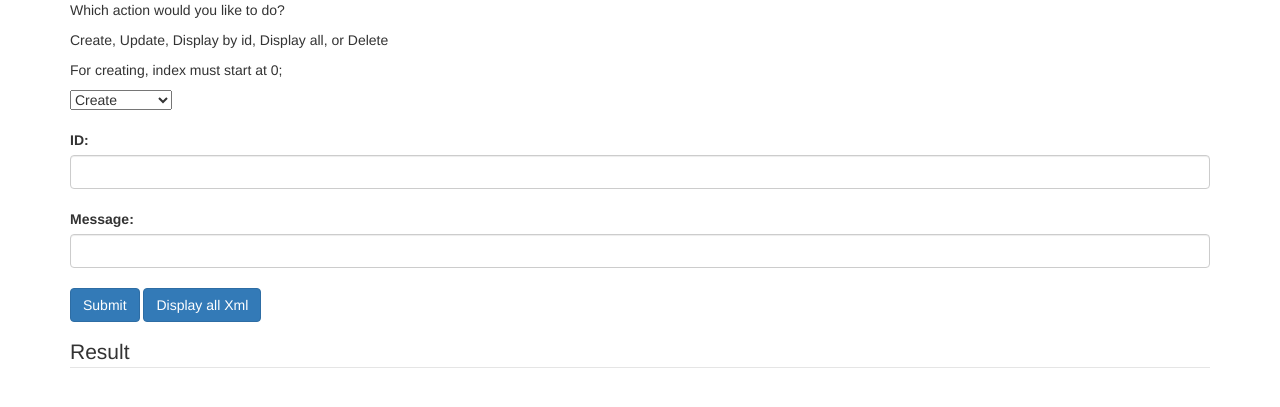
Repository: kddean/Lab4
Page: ToDoSystem/WebContent/ToDo.html
The author's editor kept a copy of each file at every save. The page is drawn from the files as they stood at one save, then again after the next save.
The browser window is 1280 px wide. The pictures show the whole page.

Above is the page before, as saved 2016-04-02 02:06:27.
Console error: SyntaxError: Unexpected identifier 'dataType'

After the next save:
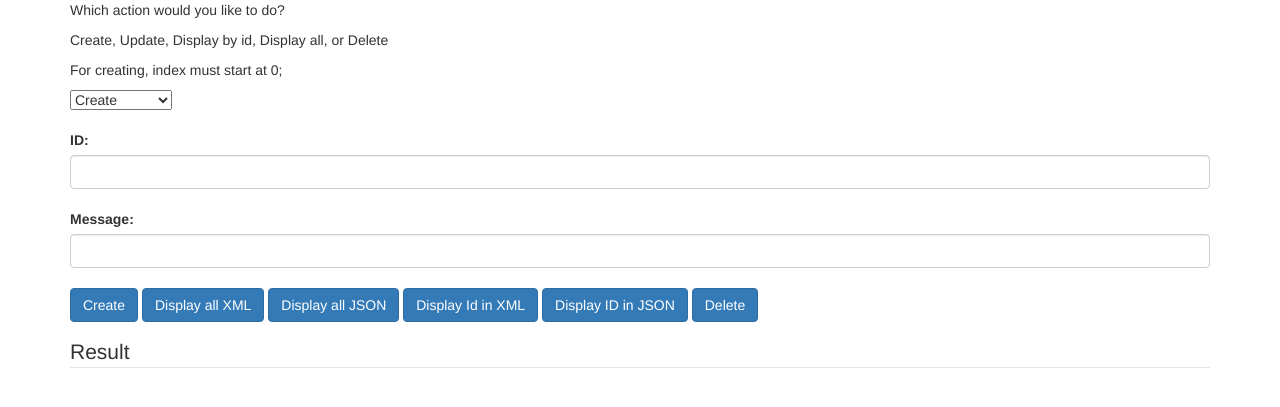
Saved 4 min 47 s later.
--- a/ToDoSystem/WebContent/ToDo.html
+++ b/ToDoSystem/WebContent/ToDo.html
@@ -28,8 +28,12 @@
 	<br>
 	<label>Message:</label><input type="text" class="form-control" name="message">
 	<br>
-	<button type="button" value="Submit" onclick='loadDoc("ToDo")' class="btn btn-primary">Submit</button>
-	<button type="button" id="displayallxml" value="Submit" class="btn btn-primary">Display all Xml</button>
+	<button type="button" id="create" value="Submit" class="btn btn-primary">Create</button>
+	<button type="button" id="displayallxml" value="Submit" class="btn btn-primary">Display all XML</button>
+	<button type="button" id="displayalljson" value="Submit" class="btn btn-primary">Display all JSON</button>
+	<button type="button" id="displayxml" value="Submit" class="btn btn-primary">Display Id in XML</button>
+	<button type="button" id="displayjson" value="Submit" class="btn btn-primary">Display ID in JSON</button>
+	<button type="button" id="delete" value="Submit" class="btn btn-primary">Delete</button>
 <!-- 	<input type="button" value="submit" onclick='loadDoc()'> -->
 	</div>
 	<div id="sec">
